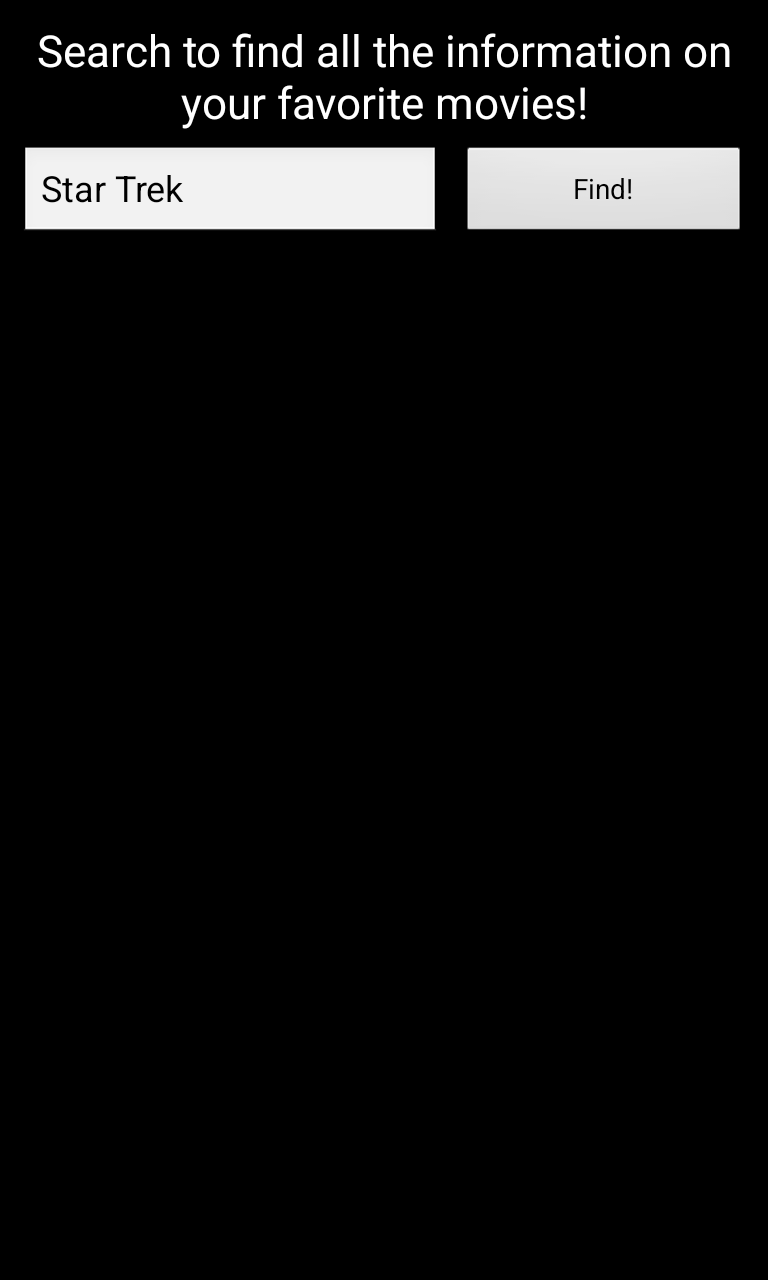
Repository: laurenelder/Java2_Elder
Layout: MovieLookup/res/layout/activity_main.xml
These files come from the project's save history. The layout is drawn as it stood at one moment and after the next save; the edit follows.
It is drawn on a 768 x 1280 px phone screen (xhdpi) without system bars, with theme android:Theme.Black; the app's code is not run. Lists and similar views that code fills are empty.

Above is the layout before, as saved 2014-07-25 02:06:11.

After the next save:
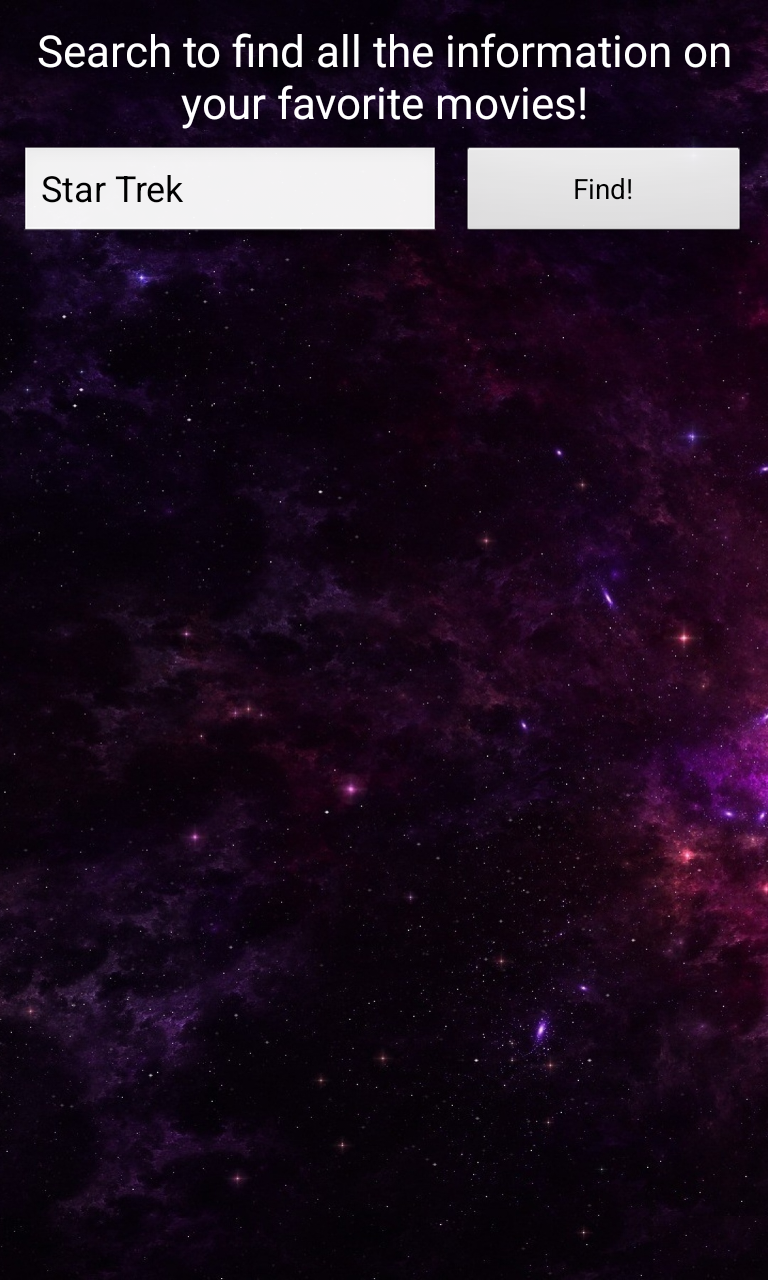
Saved 15 min 47 s later.
--- a/MovieLookup/res/layout/activity_main.xml
+++ b/MovieLookup/res/layout/activity_main.xml
@@ -10,6 +10,7 @@
     android:layout_width="match_parent"
     android:layout_height="match_parent"
     android:orientation="vertical"
+    android:background="@drawable/spacebackground"
     tools:context="com.laurenelder.movielookup.MainActivity"
     tools:ignore="MergeRootFrame" >
 
